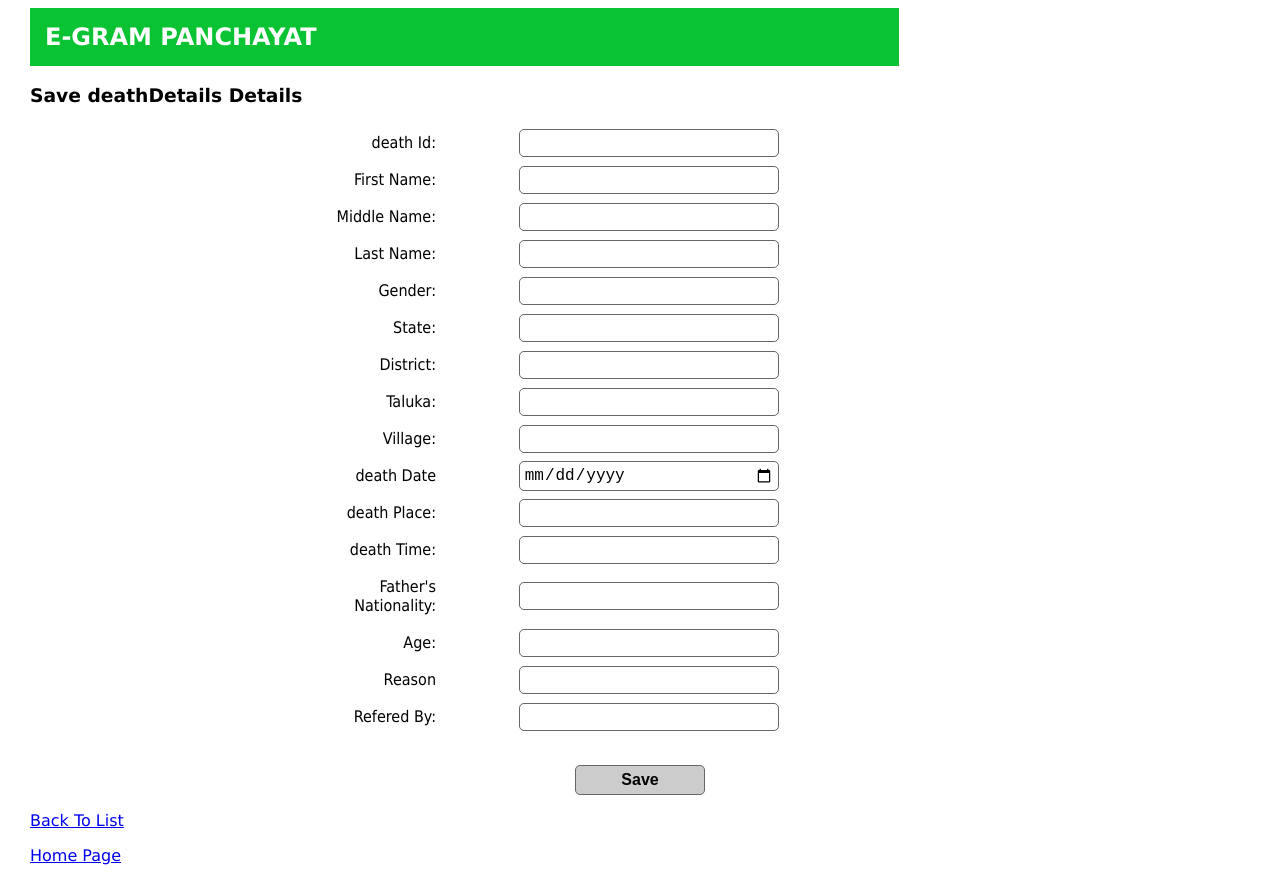
Repository: vsc8791/IMS
Page: http://localhost/epanchayat/WEB-INF/view/deathDetails-form.jsp
An editor plug-in stored every save of this project. The page is shown before and after the next save, followed by the edit.
The browser window is 1280 px wide. The pictures show the whole page.
The page is served by Tomcat 9. Nobody is signed in. Other server files are loaded and not shown. The template is opened directly, without the code that normally fills it, so the values that code supplies are empty.

Above is the page before, as saved 2018-07-30 04:52:03.

### epanchayat/WebContent/WEB-INF/view/deathDetails-form.jsp
 <%@ taglib prefix="form" uri="http://www.springframework.org/tags/form"%>
<!DOCTYPE html>
<html>
<head>

<title>Save deathDetails</title>
<link type="text/css" rel="stylesheet"
	href="${pageContext.request.contextPath}/resources/css/style.css">

<title>Save deathDetails</title>
<link type="text/css" rel="stylesheet"
	href="${pageContext.request.contextPath}/resources/css/add-customer-style.css">
</head>
<body>
	<div id="wrapper">
		<div id="header">
			<h2>E-GRAM PANCHAYAT</h2>
		</div>
	</div>
	<div>
		<h3>Save deathDetails Details</h3>
		<form:form action="saveDeathDetails" modelAttribute="deathDetails"
			method="POST">
			<!-- need to associate this data with deathDetails Id -->
			<form:hidden path="id"/>

			<table align="center">
				<tbody>
										<tr>
						<td><label>death Id:</label></td>
						<td><form:input path="deathid" /></td>
					</tr>
					<tr>
						<td><label>First Name:</label></td>
						<td><form:input path="firstname" /></td>
					</tr>
					<tr>
						<td><label>Middle Name:</label></td>
						<td><form:input path="middlename"/></td>
					</tr>
					<tr>
						<td><label>Last Name:</label></td>
						<td><form:input path="lastname" /></td>
					</tr>
					<tr>
						<td><label>Gender:</label></td>
						<td><form:input path="gender" /></td>
					</tr>
					<tr>
						<td><label>State:</label></td>
						<td><form:input path="state"/></td>
					</tr>
					<tr>
						<td><label>District:</label></td>
						<td><form:input path="district"  /></td>
					</tr>
					<tr>
						<td><label>Taluka:</label></td>
						<td><form:input path="taluka"/></td>
					</tr>
					<tr>
						<td><label>Village:</label></td>
						<td><form:input path="village"/></td>
					</tr>
					<tr>
						<td><label>death Date</label></td>
						<td><form:input path="deathdate" type="date"/></td>
					</tr>
					<tr>
						<td><label>death Place:</label></td>
						<td><form:input path="deathplace"/></td>
					</tr>
					<tr>
						<td><label>death Time:</label></td>
						<td><form:input path="deathtime"/></td>
					</tr>

					<tr>
						<td><label>Father's Nationality:</label></td>
						<td><form:input path="nationality"/></td>
					</tr>

					<tr>
						<td><label> Age:</label></td>
						<td><form:input path="deathage" type="number"/></td>
					</tr>




					<tr>
						<td><label>Reason</label></td>
						<td><form:input path="deathreason" /></td>
					</tr>
					<tr>
						<td><label>Refered By:</label></td>
						<td><form:input path="referedby"/></td>
					</tr>
				</tbody>

			</table>
			<center><input  type="submit" value="Save" class="save" /></center>
		</form:form>
		<!--  <center><input  type="submit" value="Save" class="save"/> </center> -->
		<div style="clear;both;"></div>
		<p><a href="${pageContext.request.contextPath}/deathDetails/list">Back To List</a></p>
			<a href="http://localhost:8082/epanchayat/">Home Page</a>
	</div>

</body>


</html>

### epanchayat/WebContent/resources/css/style.css
html, body{
	margin-left:15px; margin-right:15px;
	padding:0px;
	font-family:Verdana, Arial, Helvetica, sans-serif;
}

table {
	border-collapse:collapse;
	border-bottom:1px solid gray;
	font-family: Tahoma,Verdana,Segoe,sans-serif;
	width:72%;
}

th {
	border-bottom:1px solid gray;
	background:none repeat scroll 0 0 #ca0702;
	padding:10px;
	color: #FFFFFF;
}

tr {
	border-top:1px solid gray;
	text-align:center;
}

tr:nth-child(even) {background: #FFFFFF}
tr:nth-child(odd) {background: #BBBBBB}

#wrapper {width: 100%; margin-top: 0px; }
#header {width: 70%; background:#09c332; margin-top: 0px; padding:15px 0px 15px 15px;}
#header h2 {width: 100%; margin:auto; color: #FFFFFF;}
#container {width: 100%; margin:auto}
#container h3 {color: #000;}
#container #content {margin-top: 20px;}

.add-button {
	border: 1px solid #666;
	border-radius: 5px;
	padding: 4px;
	font-size: 12px;
	font-weight: bold;
	width: 120px;
	padding: 5px 10px;

	margin-bottom: 15px;
	background: #cccccc;
}

Loaded but not shown: epanchayat/WebContent/resources/css/add-customer-style.css (common file)

After the next save:
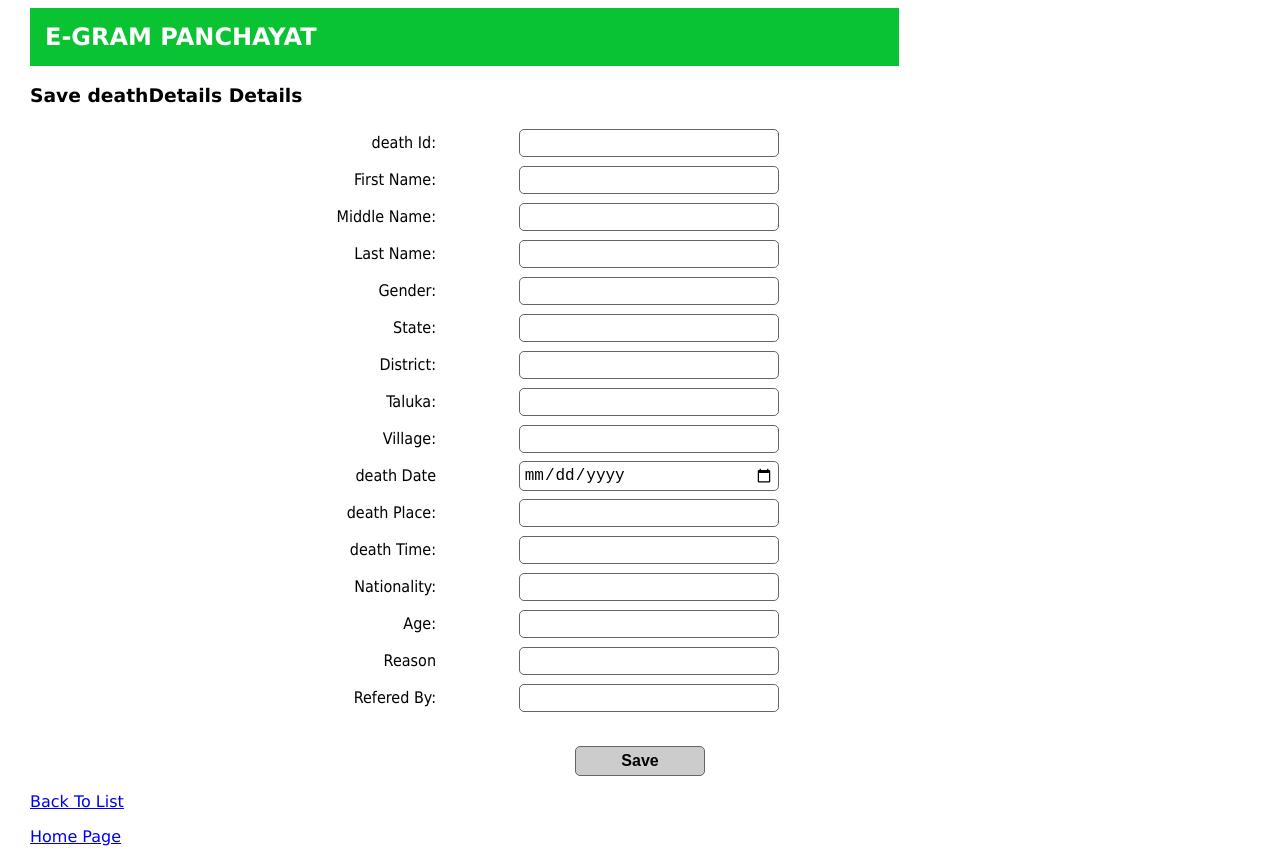
Saved 56 s later.
--- a/epanchayat/WebContent/WEB-INF/view/deathDetails-form.jsp
+++ b/epanchayat/WebContent/WEB-INF/view/deathDetails-form.jsp
@@ -76,7 +76,7 @@
 					</tr>
 
 					<tr>
-						<td><label>Father's Nationality:</label></td>
+						<td><label>Nationality:</label></td>
 						<td><form:input path="nationality"/></td>
 					</tr>
 
